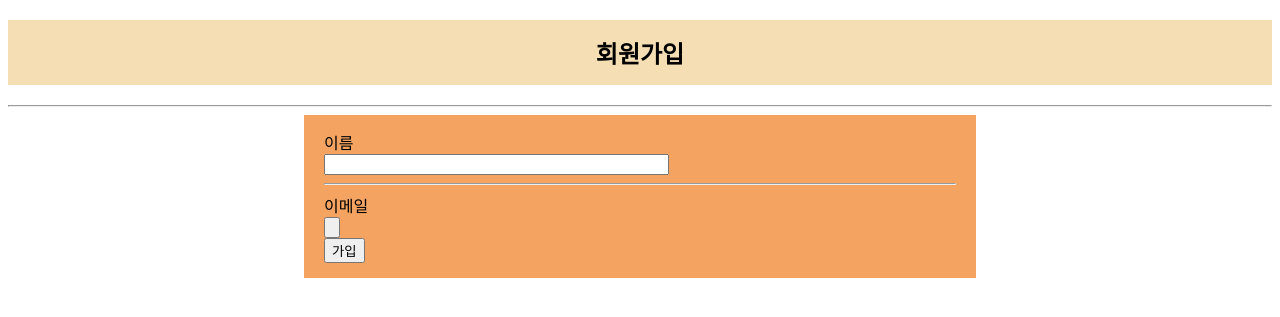
Repository: kimbs95/tomcat
Page: http://localhost/test/NewFile2.jsp
An editor plug-in stored every save of this project. The page is shown before and after the next save, followed by the edit.
The browser window is 1280 px wide. The pictures show the whole page.
The page is served by Tomcat 9.

Above is the page before, as saved 2022-07-15 08:25:40.
Console error: SyntaxError: Unexpected identifier 'email'

After the next save:
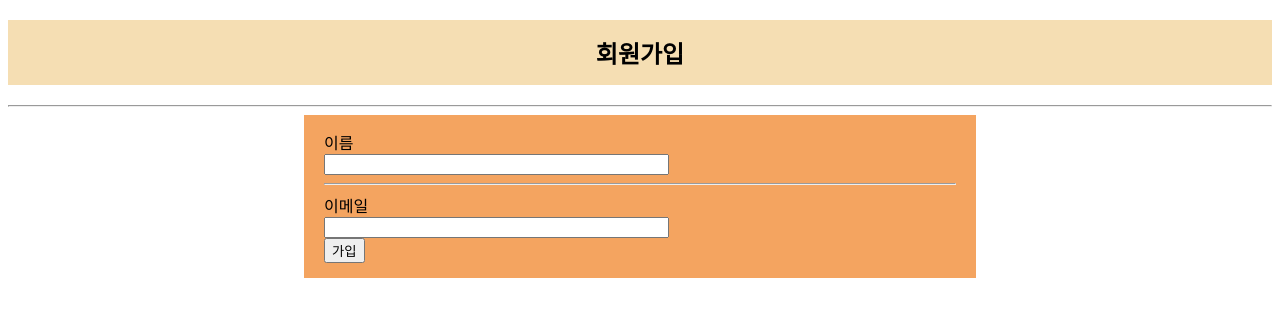
Saved 2 min 55 s later.
--- a/test/src/main/webapp/NewFile2.jsp
+++ b/test/src/main/webapp/NewFile2.jsp
@@ -52,7 +52,7 @@
 	<input type="text" name="name" size="40"> <br>
 	<hr>
 	<label>이메일</label> <br>
-	<input type="button" name="email" size="40"> <br>
+	<input type="email" name="email" size="40"> <br>
 	<button type="button" onClick="signUp()">가입</button>
 	</form>
 </div>
